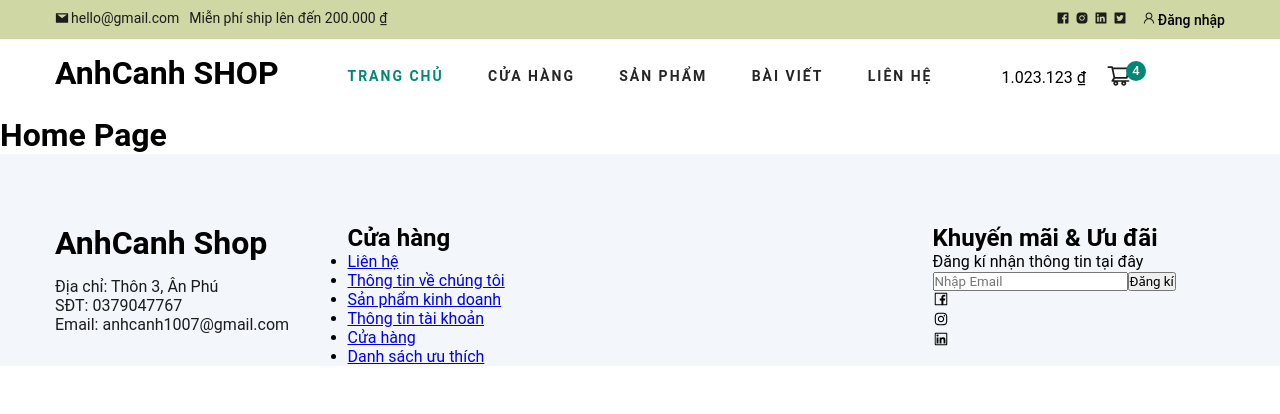
Repository: anhcanh1007/show_product
Page: /
An editor plug-in stored every save of this project. The page is shown before and after a run of saves, followed by the edit.
The browser window is 1280 px wide. The pictures show the whole page.
The project was rebuilt for these pictures with package versions that can differ from the ones it lists, and the page was loaded fresh each time. Imported but missing from the stored project, and not drawn on this page: src/pages/user/profilePage.

Above is the page before, as saved 2024-01-26 23:00:24.

After the next 5 saves:
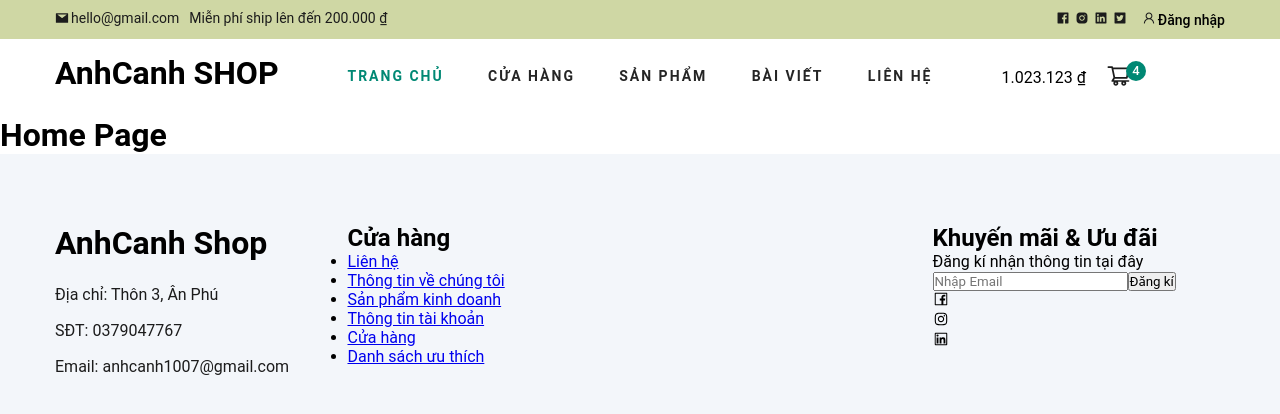
The 5 saves are shown as one change because 1 did not build or start and some came seconds apart.
The last was saved 29 s later.
--- a/src/pages/user/theme/footer/style.scss
+++ b/src/pages/user/theme/footer/style.scss
@@ -18,6 +18,8 @@
             li {
                 list-style: none;
                 color: map.get($theme-colors, 'normal_text');
+                font-style: 16px;
+                line-height: 36px;
             }
         }
     }
